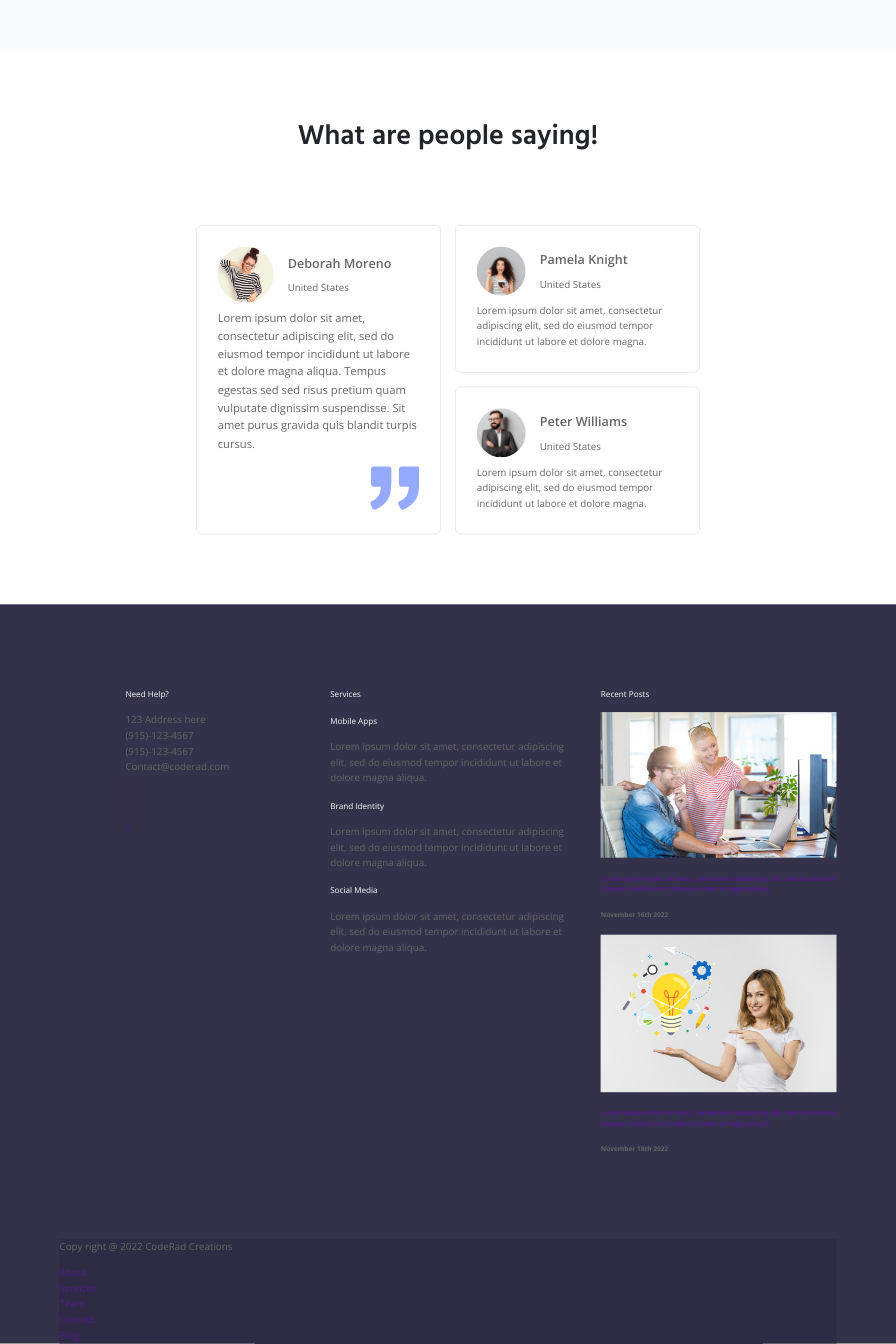
Repository: Sc-Juju/CodeRad
Page: index.html
These files come from the project's save history. The page is drawn as it stood at one moment and after the next save; the edit follows.
The browser window is 1280 px wide. The pictures show the part of the page from y = 3245 to 5165 px (the page is 5165 px tall), at 70% of full size.

Above is the page before, as saved 2022-11-16 10:49:26.

### index.html
<!DOCTYPE html>
<html>
	<head>
		<meta charset="utf-8" />
		<meta http-equiv="X-UA-Compatible" content="IE=edge" />
		<title>CodeRad</title>
		<meta name="description" content="" />
		<meta name="viewport" content="width=device-width, initial-scale=1" />

		<link
			href="https://fonts.googleapis.com/css2?family=Open+Sans:wght@300;400;600;700&display=swap"
			rel="stylesheet"
		/>
		<link
			href="https://fonts.googleapis.com/css2?family=Hind:wght@300;400;500;600;700&display=swap"
			rel="stylesheet"
		/>

		<link rel="stylesheet" href="./css/default.css" />
		<link rel="stylesheet" href="./css/styles.css" />
		<link rel="stylesheet" href="./css/responsive.css" />
	</head>
	<body>
		<nav class="navbar nav">
			<div class="container">
				<button
					class="navbar-toggler"
					aria-expanded="false"
					aria-controls="navbarDropdown"
				>
					<span>&#9776;</span>
				</button>
				<a class="navbar-brand" href="index.html">CodeRad</a>
				<ul class="navbar-nav">
					<li class="nav-link">
						<a href="#">Home</a>
					</li>

					<li class="nav-link">
						<a href="#">Blog</a>
					</li>
					<li class="nav-link">
						<a href="#">Portfolio</a>
					</li>
					<li class="nav-link">
						<a href="#">Contact</a>
					</li>
				</ul>
			</div>
		</nav>

		<header class="bg-header">
			<div class="container">
				<div class="hero-wrapper">
					<h2 class="hero-header">
						Young in our spirits and <br />
						modern look.
					</h2>
					<a class="btn btn-white" href="#">Learn more</a>
				</div>
			</div>
		</header>
		<!--Why me-->
		<section>
			<div class="container why-me-wrapper">
				<div class="block-text">
					<span>Why choose me</span>
					<h2>
						Meeting Your Needs <br />
						In Website Building
					</h2>
					<p>
						Lorem ipsum dolor sit amet, consectetur adipiscing elit,
						sed do eiusmod tempor incididunt ut labore et dolore
						magna aliqua.
					</p>
					<a href="" class="btn btn-primary">Learn More</a>
				</div>
				<div>
					<img src="./CodeRad-assets/image2.svg" alt="Icon Chart" />
				</div>
			</div>
		</section>
		<!--Services-->
		<section class="bg-contrast">
			<div class="container service-grid">
				<div class="service-card">
					<span class="bg-color-1"></span>
					<div>
						<h3>Branding</h3>
						<p>
							Lorem ipsum dolor sit amet, consectetur adipiscing
							elit, sed do eiusmod tempor incididunt ut labore et
							dolore magna aliqua. Ut morbi tincidunt augue
							interdum velit euismod in pellentesque. Congue
							mauris rhoncus aenean vel.
						</p>
					</div>
				</div>
				<div class="service-card">
					<span class="bg-color-2"></span>
					<div>
						<h3>Design & UX</h3>
						<p>
							Lorem ipsum dolor sit amet, consectetur adipiscing
							elit, sed do eiusmod tempor incididunt ut labore et
							dolore magna aliqua. Ut morbi tincidunt augue
							interdum velit euismod in pellentesque. Congue
							mauris rhoncus aenean vel.
						</p>
					</div>
				</div>
				<div class="service-card">
					<span class="bg-color-3"></span>
					<div>
						<h3>Development</h3>
						<p>
							Lorem ipsum dolor sit amet, consectetur adipiscing
							elit, sed do eiusmod tempor incididunt ut labore et
							dolore magna aliqua. Ut morbi tincidunt augue
							interdum velit euismod in pellentesque. Congue
							mauris rhoncus aenean vel.
						</p>
					</div>
				</div>
				<div class="service-card">
					<span class="bg-color-4"></span>
					<div>
						<h3>User analysis</h3>
						<p>
							Lorem ipsum dolor sit amet, consectetur adipiscing
							elit, sed do eiusmod tempor incididunt ut labore et
							dolore magna aliqua. Ut morbi tincidunt augue
							interdum velit euismod in pellentesque. Congue
							mauris rhoncus aenean vel.
						</p>
					</div>
				</div>
				<div class="service-card">
					<span class="bg-color-5"></span>
					<div>
						<h3>UX Research</h3>
						<p>
							Lorem ipsum dolor sit amet, consectetur adipiscing
							elit, sed do eiusmod tempor incididunt ut labore et
							dolore magna aliqua. Ut morbi tincidunt augue
							interdum velit euismod in pellentesque. Congue
							mauris rhoncus aenean vel.
						</p>
					</div>
				</div>
				<div class="service-card">
					<span class="bg-color-6"></span>
					<div>
						<h3>SEO Service</h3>
						<p>
							Lorem ipsum dolor sit amet, consectetur adipiscing
							elit, sed do eiusmod tempor incididunt ut labore et
							dolore magna aliqua. Ut morbi tincidunt augue
							interdum velit euismod in pellentesque. Congue
							mauris rhoncus aenean vel.
						</p>
					</div>
				</div>
			</div>
		</section>

		<!--Video Demo-->
		<section class="video-demo">
			<div class="container">
				<div class="block-text">
					<h2>Telling Our Story</h2>
					<p>
						Lorem ipsum dolor sit amet, consectetur adipiscing elit,
						sed do eiusmod tempor <br />
						incididunt ut labore et dolore magna aliqua.
					</p>
				</div>
				<div class="video-box">
					<a href="#" class="video-btn">
						<img
							src="./CodeRad-assets/play.svg"
							alt="Play Video Button"
						/>
					</a>
					<img
						src="./CodeRad-assets/demo-video-thumbnail.jpg"
						alt="Video thumbnail"
					/>
				</div>
			</div>
		</section>

		<!--Pricing plans-->
		<section class="bg-contrast">
			<div class="block-text pricing-header">
				<h2>Choose The Right Package For You!</h2>
				<p>
					Lorem ipsum dolor sit amet, consectetur adipiscing elit, sed
					do eiusmod tempor <br />
					incididunt ut labore et dolore magna aliqua.
				</p>
			</div>
			<div class="pricing-table">
				<div class="price-card">
					<h3>Basic</h3>
					<div class="price">$99.90</div>
					<div class="billed">per month</div>
					<hr />
					<ul>
						<li>
							<span class="title">Community Support</span>
							<span class="icon">&#10003;</span>
						</li>
						<li>
							<span class="title">Flexible simple license</span>
							<span class="icon">&#10003;</span>
						</li>
						<li>
							<span class="title">100+ styled components</span>
							<span class="icon">&#10761;</span>
						</li>
						<li>
							<span class="title">100+ Header variations</span>
							<span class="icon">&#10761;</span>
						</li>
						<li>
							<span class="title">Speedy build tooling</span>
							<span class="icon">&#10761;</span>
						</li>
					</ul>
				</div>

				<div class="price-card featured">
					<h3>Standard</h3>
					<div class="price">$199.90</div>
					<div class="billed">per month</div>
					<hr />
					<ul>
						<li>
							<span class="title">Community Support</span>
							<span class="icon checked">&#10003;</span>
						</li>
						<li>
							<span class="title">Flexible simple license</span>
							<span class="icon checked">&#10003;</span>
						</li>
						<li>
							<span class="title">100+ styled components</span>
							<span class="icon checked">&#10003;</span>
						</li>
						<li>
							<span class="title">100+ Header variations</span>
							<span class="icon times">&#10761;</span>
						</li>
						<li>
							<span class="title">Speedy build tooling</span>
							<span class="icon times">&#10761;</span>
						</li>
						<div class="plan-btn-wrapper">
							<a href="" class="btn btn-primary">Learn More</a>
						</div>
					</ul>
				</div>

				<div class="price-card">
					<h3>Enterprise</h3>
					<div class="price">$499.90</div>
					<div class="billed">per month</div>
					<hr />
					<ul>
						<li>
							<span class="title">Community Support</span>
							<span class="icon">&#10003;</span>
						</li>
						<li>
							<span class="title">Flexible simple license</span>
							<span class="icon">&#10003;</span>
						</li>
						<li>
							<span class="title">100+ styled components</span>
							<span class="icon">&#10003;</span>
						</li>
						<li>
							<span class="title">100+ Header variations</span>
							<span class="icon">&#10003;</span>
						</li>
						<li>
							<span class="title">Speedy build tooling</span>
							<span class="icon">&#10003;</span>
						</li>
					</ul>
				</div>
			</div>
		</section>

		<!--Testimonials-->
		<section class="testimonials">
			<div class="block-text">
				<h2>What are people saying!</h2>
			</div>
			<div class="testimonial-grid">
				<div class="testimonial-card lg">
					<div class="top">
						<img
							src="./CodeRad-assets/1.png"
							alt=""
							class="profile"
						/>
						<div class="top-info">
							<h4>Deborah Moreno</h4>
							<span>United States</span>
						</div>
					</div>
					<div class="bottom">
						<p>
							Lorem ipsum dolor sit amet, consectetur adipiscing
							elit, sed do eiusmod tempor incididunt ut labore et
							dolore magna aliqua. Tempus egestas sed sed risus
							pretium quam vulputate dignissim suspendisse. Sit
							amet purus gravida quis blandit turpis cursus.
						</p>
						<span>
							<img
								src="./CodeRad-assets/quote-colored.svg"
								alt="quote"
								class="quote"
							/>
						</span>
					</div>
				</div>

				<div class="testimonial-card md">
					<div class="top">
						<img
							src="./CodeRad-assets/2.png"
							alt=""
							class="profile"
						/>
						<div class="top-info">
							<h4>Pamela Knight</h4>
							<span>United States</span>
						</div>
					</div>
					<div class="bottom">
						<p>
							Lorem ipsum dolor sit amet, consectetur adipiscing
							elit, sed do eiusmod tempor incididunt ut labore et
							dolore magna.
						</p>
					</div>
				</div>

				<div class="testimonial-card md">
					<div class="top">
						<img
							src="./CodeRad-assets/3.png"
							alt=""
							class="profile"
						/>
						<div class="top-info">
							<h4>Peter Williams</h4>
							<span>United States</span>
						</div>
					</div>
					<div class="bottom">
						<p>
							Lorem ipsum dolor sit amet, consectetur adipiscing
							elit, sed do eiusmod tempor incididunt ut labore et
							dolore magna.
						</p>
					</div>
				</div>
			</div>
		</section>
		<!--Footer-->
		<footer class="bg-footer">
			<div class="container">
				<section class="footer-top">
					<div class="footer-col">
						<h5>Need Help?</h5>
						<div class="contact-info">
							<ul>
								<li>123 Address here</li>
								<li>(915)-123-4567</li>
								<li>(915)-123-4567</li>
								<li>Contact@coderad.com</li>
							</ul>
						</div>
						<div class="social-icons">
							<ul>
								<li><a href="">x</a></li>
								<li><a href="">x</a></li>
								<li><a href="">x</a></li>
								<li><a href="">x</a></li>
							</ul>
						</div>
					</div>
					<div class="footer-col">
						<h5>Services</h5>
						<div class="seervices-wrapper">
							<h5>Mobile Apps</h5>
							<p>
								Lorem ipsum dolor sit amet, consectetur
								adipiscing elit, sed do eiusmod tempor
								incididunt ut labore et dolore magna aliqua.
							</p>
						</div>
						<div class="seervices-wrapper">
							<h5>Brand Identity</h5>
							<p>
								Lorem ipsum dolor sit amet, consectetur
								adipiscing elit, sed do eiusmod tempor
								incididunt ut labore et dolore magna aliqua.
							</p>
						</div>
						<div class="seervices-wrapper">
							<h5>Social Media</h5>
							<p>
								Lorem ipsum dolor sit amet, consectetur
								adipiscing elit, sed do eiusmod tempor
								incididunt ut labore et dolore magna aliqua.
							</p>
						</div>
					</div>
					<div class="footer-col">
						<h5>Recent Posts</h5>
						<div class="recent-posts">
							<img src="./CodeRad-assets/blog1.jpg" alt="blog1" />
							<div class="post-inner">
								<h6>
									<a href=""
										>Lorem ipsum dolor sit amet, consectetur
										adipiscing elit, sed do eiusmod tempor
										incididunt ut labore et dolore magna
										aliqua.</a
									>
								</h6>
								<h6>November 16th 2022</h6>
							</div>
						</div>
						<div class="recent-posts">
							<img src="./CodeRad-assets/blog2.jpg" alt="blog2" />
							<div class="post-inner">
								<h6>
									<a href=""
										>Lorem ipsum dolor sit amet, consectetur
										adipiscing elit, sed do eiusmod tempor
										incididunt ut labore et dolore magna
										aliqua.</a
									>
								</h6>
								<h6>November 18th 2022</h6>
							</div>
						</div>
					</div>
				</section>
				<section class="footer-bottom">
					<div class="footer-bottom-wrapper">
						<div class="copyright">
							<p>Copy right @ 2022 CodeRad Creations</p>
						</div>
						<div class="footer-bottom-links">
							<ul>
								<li><a href="">About</a></li>
								<li><a href="">Services</a></li>
								<li><a href="">Team</a></li>
								<li><a href="">Contact</a></li>
								<li><a href="">Blog</a></li>
							</ul>
						</div>
					</div>
				</section>
			</div>
		</footer>
	</body>
</html>

### css/default.css
:root{
    --white:#fff;
    --black: #000;
    --font-color-base:#666;
    --font-color-dark:#212529;
    --font-color-light:#b0aebe;
    --font-color-link:#57a6ff;
    --footer:#34314b;
    --footer-base:#2e2b45;
    --contrast:rgba(246, 248, 249, 0.8);
    --success: #64ecf5;
    --danger:#ff8b8d;
    --grad-1:#a1ecff;
    --grad-2:#7dbcff;


    --size-10:0.625rem;
    --size-14:0.875rem;
    --size-16:1rem;
    --size-18:1.125rem;
    --size-20:1.25rem;
    --size-30:1.875rem;
    --size-40:2.5rem;
    --size-50:3.125rem;
    --size-100:6.25rem;
    --size-150:9.375rem;
}
body{
    font-family:"Open Sans", sans-serif;
    font-weight: 400;
    font-size:0.875rem;
    line-height: 1.6;
    letter-spacing: 0;
    color: var(--font-color-base);
    margin:0;
    padding:0;
}
*,
::after,
::before{
    box-sizing: border-box;
}
ul{
    padding:0;
    margin:0;
    list-style: none;
}
a {text-decoration: none;}
p {margin-top:0;}
h2{
    font-size:1.75rem;
    font-weight:500;
    line-height:1.2;
}
img {
    width:100%;
    max-width:100%;
    vertical-align:middle;
    border-style: none;
}
.container{
    width: 100%;
    padding-left:15px;
    padding-right:15px;
    margin-right:auto;
    margin-left:auto;
}

.btn{
    display: inline-block;
    font-weight: 400;
    color: var(--font-color-dark);
    text-align: center;
    cursor: pointer;
    user-select: none;
    background-color: transparent;
    border: 1px solid transparent;
    padding: .375rem .75rem;
    border-radius:1.25rem;
    transition: ease-in-out .3s;
}
.btn-primary{
    background-image: linear-gradient(90deg, var(--grad-1)0%, var(--grad-2)100%);
    border: 1px var(--grad-1);
    box-shadow: 0 10px 20px rgba(161, 236, 255, .5);
    transition: ease-in-out .3s;
    color: var(--white);
    padding: .4375rem 1.5625rem;
}

.btn-white{
    background-color: var(--white);
    color: var(--font-color-link);
    box-shadow: 0px 10px 20px rgba(255, 255, 255, .35);
    padding: .475rem 1.75rem;
}

@media (min-width:1200px){
    .container{ max-width: 1140px; }
}
@media (min-width:768px){
    .pricing-table,
    .testimonial-grid{max-width:720px;}
}

### css/styles.css
.navbar{
    position: fixed;
    top: 0;
    right: 0;
    left: 0;
    z-index: 200;
    transition: ease-in-out .3s;
}
[aria-controls="navbarDropdown"]{
    display:none;
}
.navbar-nav{
    display: flex;
    align-items: center;
}
.navbar .container{
    display: flex;
    align-items: center;
}
.navbar-brand{
    margin-right:auto;
    font-size: 2rem;
    font-weight: 700;
    width: 100%;
    transition: ease-in-out .3s;
    color: var(--white);

}
.bg-header,
.video-demo{
    background-color: var(--footer);
    background-repeat: no-repeat;
    background-size: cover;
    background-position:50% 20%;
    position: relative;
    z-index: 1;
    padding: 4.6875rem 0;
}
.bg-header{background-image: url(../CodeRad-assets/bg-header-1.jpg);}
.video-demo{background-image: url(../CodeRad-assets/bg-demo.jpg);}
.bg-header::before{
    background-image: linear-gradient(30deg,
    rgba(21,27,38, .8)0%,
    rgba(0,0,0,.2)100%);
    position: absolute;
    content:"";
    top: 0;
    left: 0;
    right: 0;
    bottom: 0;
    width: 100%;
    height: 100%;
    z-index: -1;
}
.nav-link a{
    color: var(--white);
    font-size: .8125rem;
    font-weight: 600;
    font-family: "Hind", sans-serif;
    text-transform: uppercase;
    margin-right: 2.5rem;
    line-height: 1.25rem;
}
.hero-header{
    color: var(--white);
}
.why-me-wrapper{
    display: flex;
    align-items: center;
}
.why-me-wrapper div{
    flex: 1;
}
.block-text{
    padding-right: var(--size-50);
}
.block-text span{
    color: var(--font-color-dark);
    font-weight: 300;
}
.block-text h2{
    font-size: var(--size-40);
    font-family: "Hind", sans-serif;
    font-weight: 600;
    color: var(--font-color-dark);
    margin-bottom: var(--size-20);
    line-height: 1.3;
    margin-top: 0.5rem;
}
.bg-contrast{
    background-color: var(--contrast);
    padding: var(--size-150) 0;
    margin: 0 auto;
}
.service-grid{
    display: grid;
    grid-template-columns: repeat(auto-fit,minmax(300px, 1fr));
    gap: var(--size-20);
}
.service-card{
    padding: var(--size-30);
    box-shadow: 0 0 10px rgba(48, 63, 100, .15);
    background: white;
    border-radius: 8px;
}
.service-card span{
    width:4.375rem;
    height: 4.375rem;
    background: green;
    display: block;
    float: left;
    margin-right: 15px;
    border-radius: 50%;
    background: var(--font-color-light);
}
span.bg-color-1 {background-image: linear-gradient(90deg, #9ccdf3 0%, #94aafd 100%);}
span.bg-color-2 {background-image: linear-gradient(90deg, #55edc0 0%, #4bdbdb 100%);}
span.bg-color-3 {background-image: linear-gradient(90deg, #fda498 0%, #f58b9e 100%);}
span.bg-color-4 {background-image: linear-gradient(90deg, #f2a7ca 0%, #c289f4 100%);}
span.bg-color-5 {background-image: linear-gradient(90deg, #ffc187 0%, #fe93a7 100%);}
span.bg-color-6 {background-image: linear-gradient(90deg, #a1ecff 0%, #7dbcff 100%);}

.video-demo{text-align: center;}
.video-demo .block-text{padding-right: 0;}

.video-demo .block-text h2,
.video-demo .block-text p{
    color: var(--white);
}

.video-btn{
    position: absolute;
    top: 50%;
    left: 50%;
    transform: translate(-50%, -50%);
    box-shadow: 0 10px 20px rgba(57, 166, 251, .3);
}
.video-btn img{
    height: var(--size-100);
    width: var(--size-100);
}
.video-box{
    position: relative;
    margin-bottom: -9.375rem;
    z-index: 100;
}
.video-box > img{
    max-width: 600px;
    border-radius: 8px;
}
.block-text.pricing-header{
    text-align: center;
    padding-right: 0;
    margin: var(--size-100) 0;
}
.pricing-table{
    display: grid;
    grid-template-columns: repeat(auto-fit, minmax(215px, 1fr));
    gap: var(--size-18);
    margin: auto;
    align-items: flex-start;
}
.price-card{
    background-color:var(--white);
    border-radius: 8px;
    padding: var(--size-16);
}
.price-card .checked{color: var(--success);}
.price-card .times{color: var(--danger);}

.price-card.featured{
    box-shadow: 0 10px 20px rgba(82,179,255,.2);
    margin-top: -1rem;
}
.price-card h3{
    margin-top: var(--size-40);
    font-size: var(--size-18);
    color: var(--font-color-dark);
    font-weight: 600;
}
.plan-card hr{margin: 2rem 0 1rem;}
.price{
    color: var(--font-color-link);
    font-size: var(--size-30);
    font-weight: 600;
}
.price-card h3,
.price-card .price,
.price-card .billed{text-align: center;}

.price-card li{margin-bottom: var(--size-20);}
.price-card .icon{
    float: right;
    font-weight:600;
}
.plan-btn-wrapper{text-align: center;}

.testimonials{ margin: var(--size-100) 0;}

.testimonial-grid{
    display: grid;
    grid-template-columns: repeat(auto-fit, minmax(300px, 1fr));
    grid-template-rows: 1fr 1fr;
    gap: var(--size-20);
    margin: 0 auto;
}

.testimonials .block-text{
    padding-right: 0;
    text-align: center;
    margin: var(--size-100) 0;
}

.testimonial-card{
    border: 1px solid #dedede;
    border-radius: 8px;
    padding: var(--size-30);
}

.testimonial-card.lg{
    grid-row: 1 / 3;
    grid-column: 1 / 2;
}

.testimonial-card.lg .quote{
    width: 4.375rem;
    float: right;
    margin-top: var(--size-16);
}

.testimonial-card.md .bottom p{ font-size: var(--size-14);}

.testimonial-card .top{
    display:flex;
    align-items: center;
    padding-bottom: var(--size-10);
}

.testimonial-card img.profile{
    width: 4.375rem;
    border-radius: 50%;
    margin-right: var(--size-20);
}

.testimonial-card.lg img.profile{ width: 5rem;}

.top h4{
    margin-top: 0;
    margin-bottom: var(--size-10);
    font-weight: 600;
    font-size: var(--size-18);
}

.bottom p{
    margin: 0;
    font-size: var(--size-16);
    line-height: 1.6;
}

footer.bg-footer{ background-color: var(--footer);}
footer .footer-bottom{ background-color: var(--footer-base);}

footer .footer-top {
    display: grid;
    grid-template-columns: repeat( auto-fit, minmax(250px, 1fr));
    gap: var(--size-50);
    padding: var(--size-100) 0;
}

footer .footer-col{justify-self: center;}

.footer-top h5{
    color: var(--white);
    font-weight: 500;
    margin-bottom: var(--size-16);
}

Loaded but not shown: css/responsive.css (no copy from this time; the picture is the same without it)

After the next save:
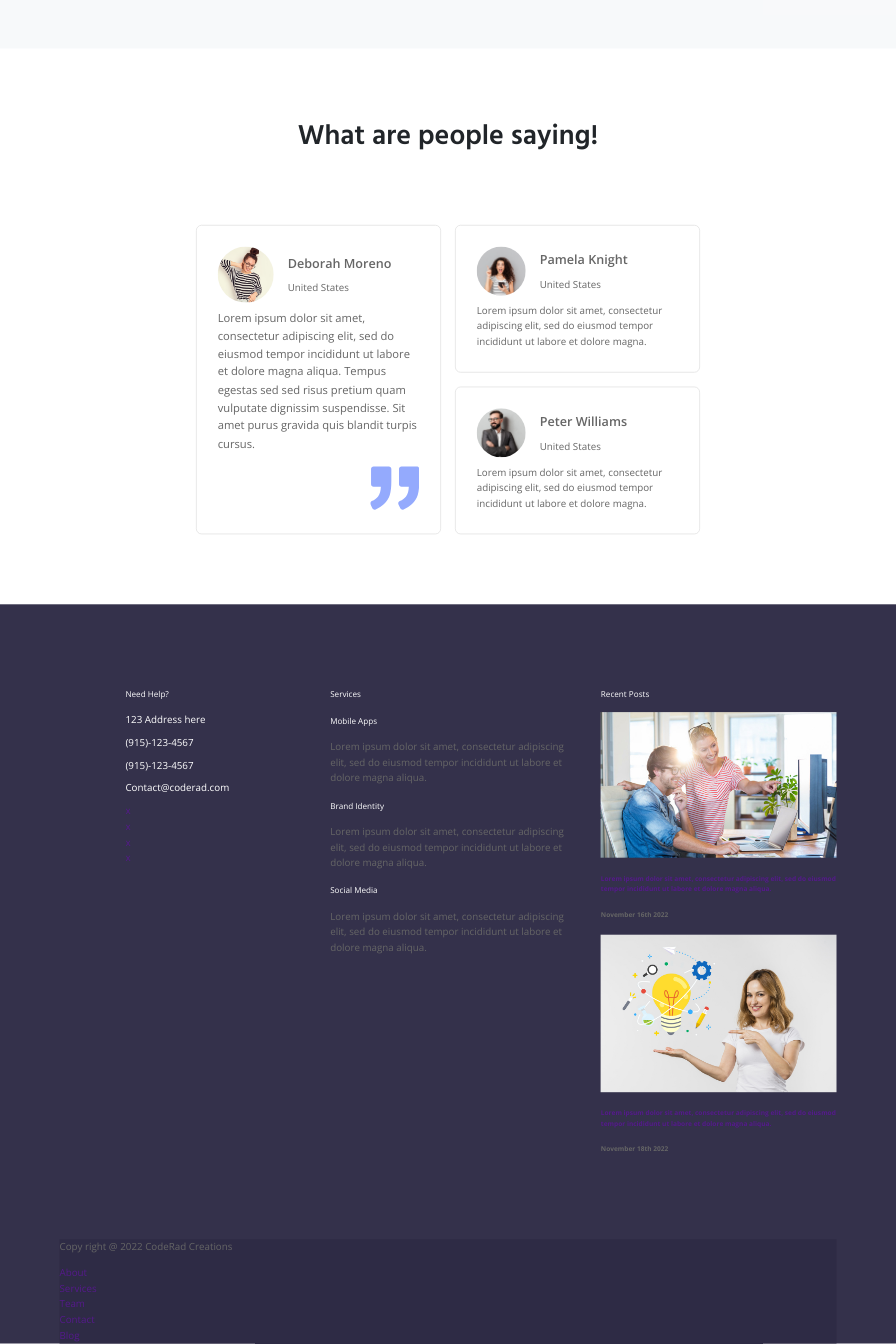
Saved 2 min 46 s later.
--- a/css/styles.css
+++ b/css/styles.css
@@ -274,3 +274,10 @@ footer .footer-col{justify-self: center;}
     font-weight: 500;
     margin-bottom: var(--size-16);
 }
+
+.contact-info li{
+    color: var(--white);
+    margin-bottom: var(--size-10);
+}
+
+.contact-info li i{ padding-right:var(--size-10);}
